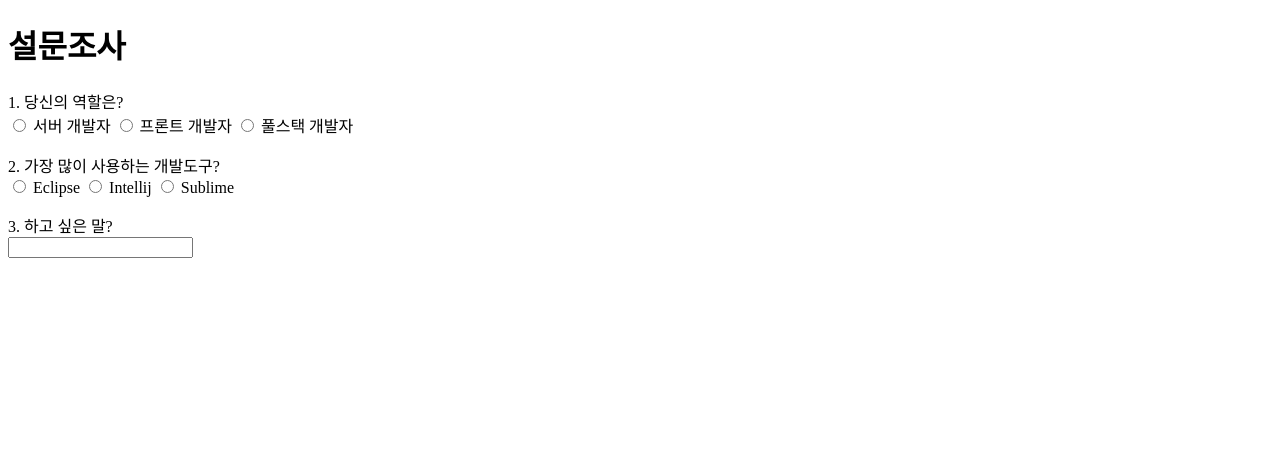
Repository: dongmin7208/java_spring-work
Page: http://localhost/08_2_mvc2/WEB-INF/view/survey/surveyForm.jsp
The author's editor kept a copy of each file at every save. The page is drawn from the files as they stood at one save, then again after the next save.
The browser window is 1280 px wide. The pictures show the whole page.
The page is served by Tomcat 9. Nobody is signed in. Other server files are loaded and not shown. The template is opened directly, without the code that normally fills it, so the values that code supplies are empty.

Above is the page before, as saved 2019-08-22 12:47:40.

### 08_2_mvc2/src/main/webapp/WEB-INF/view/survey/surveyForm.jsp
<%@ page language="java" contentType="text/html; charset=UTF-8"
    pageEncoding="UTF-8"%>
<!DOCTYPE html>
<html>
<head>
<title>설문조사</title>
</head>
<body>
		<h1>설문조사</h1>
		<form method="post">
		<p>
		1. 당신의 역할은?<br/>
		<label><input type="radio" name="responses[0]" value="서버">
		서버 개발자</label>
		<label><input type="radio" name="responses[0]" value="프론트">
		프론트 개발자</label>
		<label><input type="radio" name="responses[0]" value="풀스택">
		풀스택 개발자</label>
		</p>
		<p>
		2. 가장 많이 사용하는 개발도구?<br/>
		<label><input type="radio" name="responses[1]" value="Eclipse">
		Eclipse</label>
		<label><input type="radio" name="responses[1]" value="Intellij">
		Intellij</label>
		<label><input type="radio" name="responses[1]" value="Sublime">
		Sublime</label>
		</p>
		<p>
		3. 하고 싶은 말?<br/>
		<input type="text"
		asdfsa
		sdf
		sadf
		</form>
</body>
</html>

After the next save:
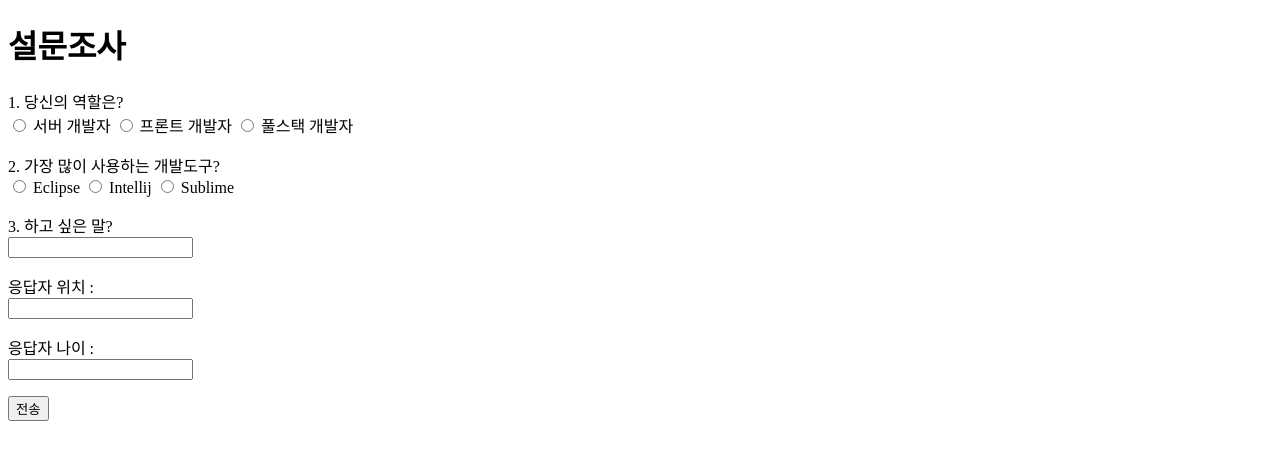
Saved 14 h 47 min later.
--- a/08_2_mvc2/src/main/webapp/WEB-INF/view/survey/surveyForm.jsp
+++ b/08_2_mvc2/src/main/webapp/WEB-INF/view/survey/surveyForm.jsp
@@ -28,10 +28,20 @@
 		</p>
 		<p>
 		3. 하고 싶은 말?<br/>
-		<input type="text"
-		asdfsa
-		sdf
-		sadf
+		<input type="text" name="responses[2]">
+		</p>
+		<p>
+				<label>응답자 위치 : <br>
+				<input type="text" name="res.location">
+				</label>
+		</p>
+		<p>
+				<label>응답자 나이 : <br>
+				<input type="text" name="res.age">
+				</label>
+		</p>
+		<input type="submit" value="전송">
 		</form>
+
 </body>
 </html>
